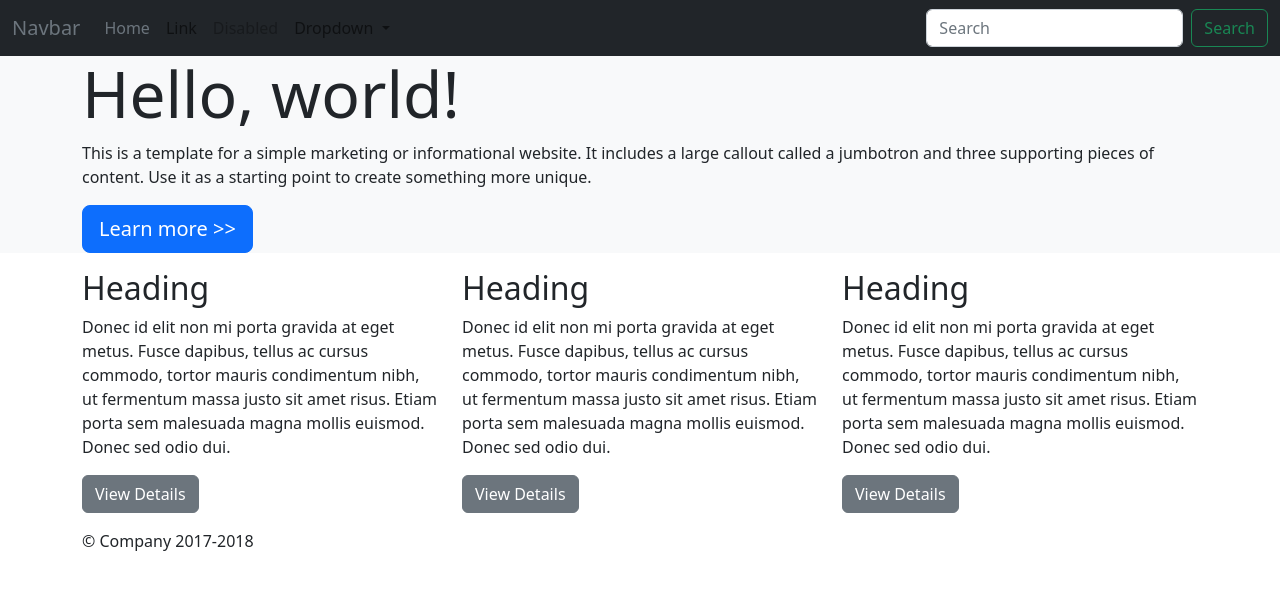
Repository: trongtamdev/lession1_html_sleepcloud
Page: jumbotron.html
These files come from the project's save history. The page is drawn as it stood at one moment and after a run of saves; the edit follows.
The browser window is 1280 px wide. The pictures show the whole page.

Above is the page before, as saved 2022-09-12 09:08:21.

After the next 2 saves:
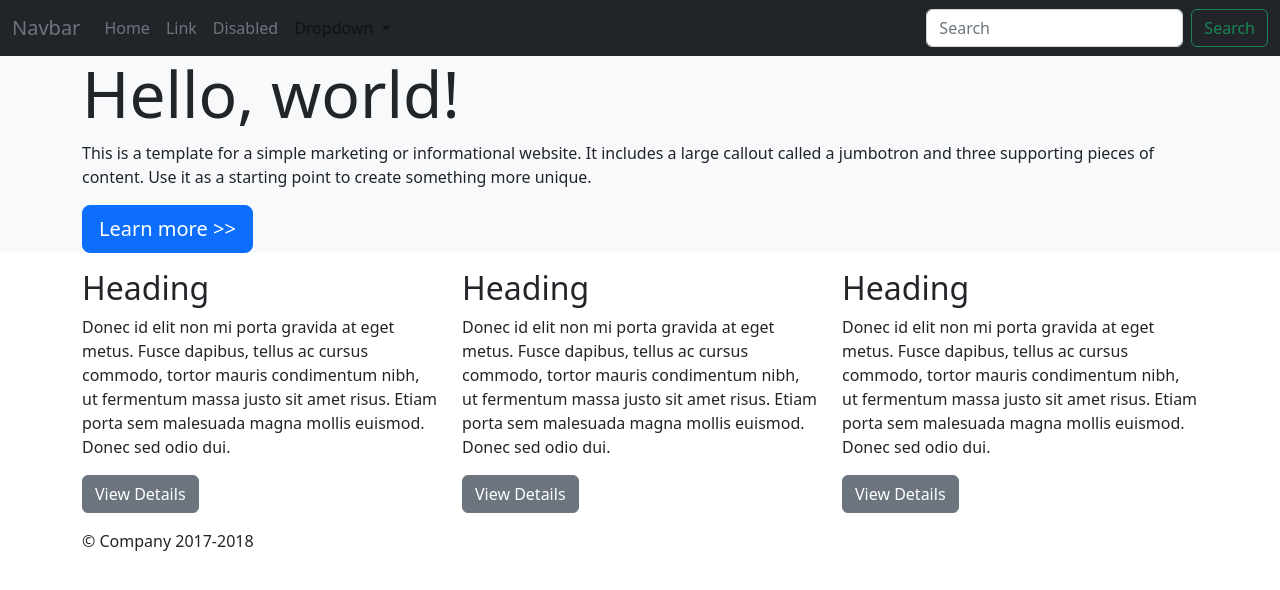
The 2 saves are shown as one change because they came seconds apart.
The last was saved 13 s later.
--- a/jumbotron.html
+++ b/jumbotron.html
@@ -29,10 +29,10 @@
               <a class="nav-link active text-muted" aria-current="page" href="#">Home</a>
             </li>
             <li class="nav-item">
-              <a class="nav-link" href="#">Link</a>
+              <a class="nav-link text-muted" href="#">Link</a>
             </li>
             <li class="nav-item">
-              <a class="nav-link disabled">Disabled</a>
+              <a class="nav-link disabled text-muted">Disabled</a>
             </li>
             <li class="nav-item dropdown">
               <a
